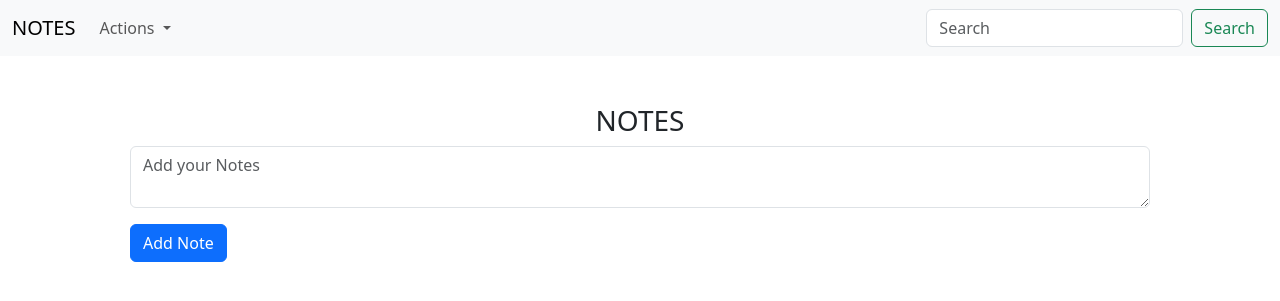
Repository: Qu4ntumGuy/flask-notes
Page: http://localhost/
An editor plug-in stored every save of this project. The page is shown before and after the next save, followed by the edit.
The browser window is 1280 px wide. The pictures show the whole page.
The page is served by the project's application, run on Flask 3 (website/__init__.py). The user the application loads for id 1 is signed in. The page reads the database file committed with the project.

Above is the page before, as saved 2024-05-30 22:25:48.

After the next save:
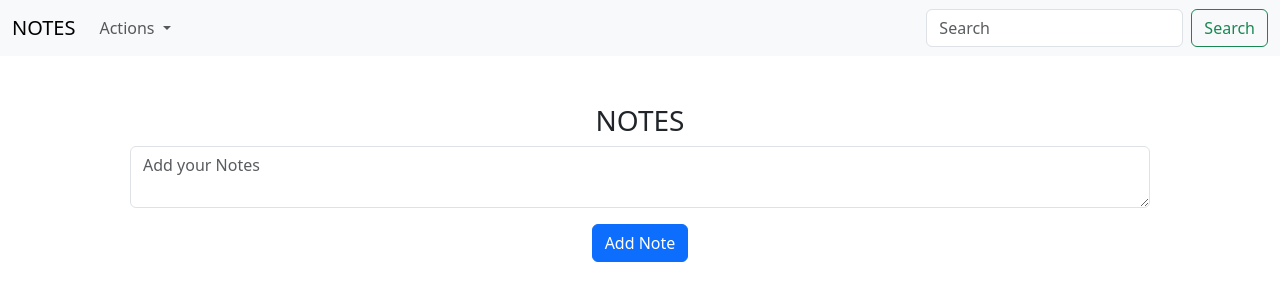
Saved 22 s later.
--- a/website/templates/home.html
+++ b/website/templates/home.html
@@ -10,7 +10,10 @@
       <!-- <label for="email" class="form-label">Email</label> -->
       <textarea class="form-control" id="note" name="note" placeholder="Add your Notes"></textarea>
     </div>
-    <button type="submit" class="btn btn-primary">Add Note</button>
+    <center>
+
+        <button type="submit" class="btn btn-primary">Add Note</button>
+    </center>
   </form>
 
 {% endblock %}
